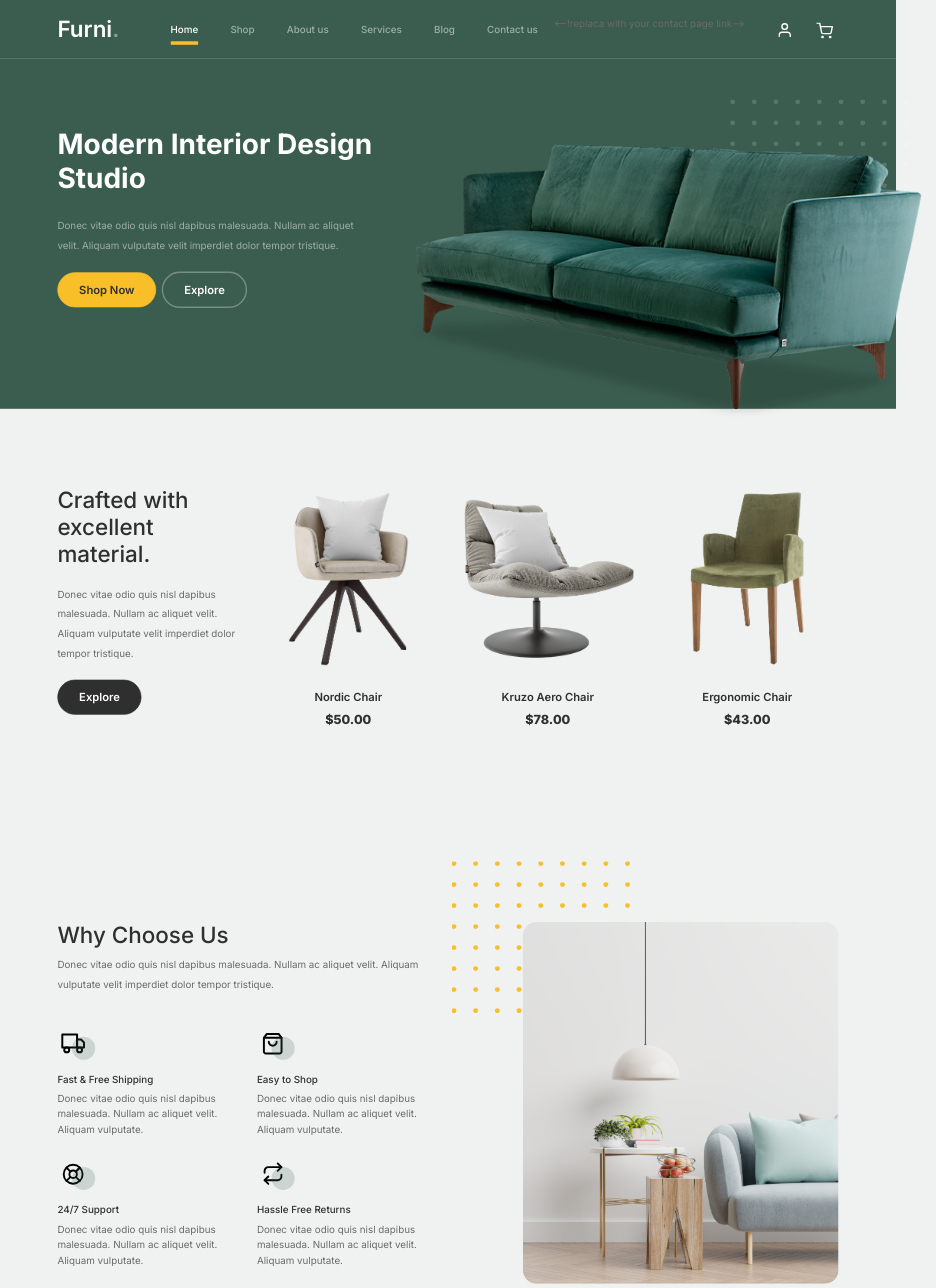
Repository: MaggieMengXingchen/e-commerce
Page: index.html
The author's editor kept a copy of each file at every save. The page is drawn from the files as they stood at one save, then again after the next save.
The browser window is 1280 px wide. The page is 1337 px wide, so the pictures cover 1337 px, including what lies to the right of the window. The pictures show the part of the page from y = 0 to 1840 px (the page is 5103 px tall), at 70% of full size.

Above is the page before, as saved 2024-02-07 13:51:48.

After the next save:
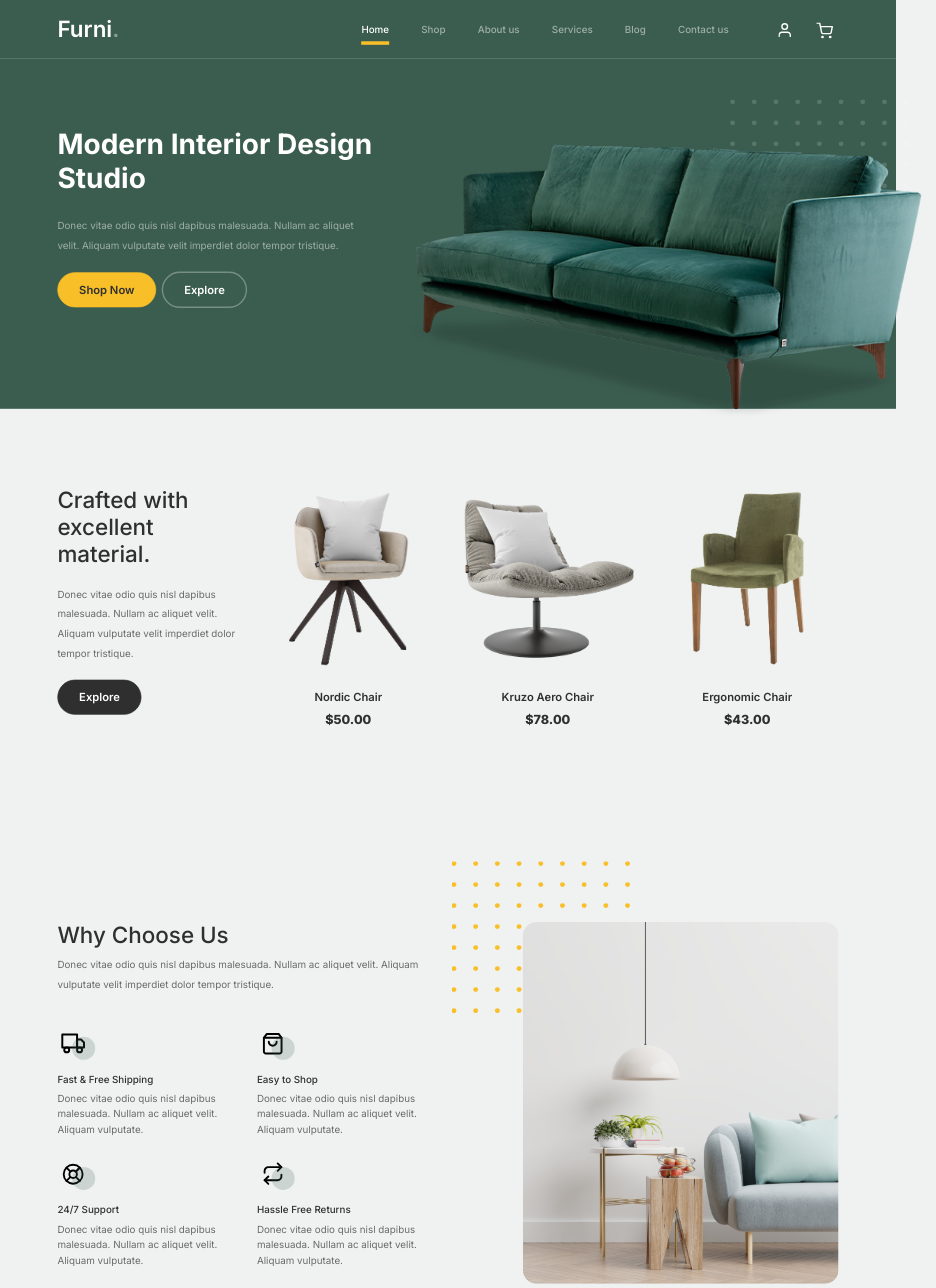
Saved 23 s later.
--- a/index.html
+++ b/index.html
@@ -45,7 +45,7 @@
 						<li><a class="nav-link" href="about.html">About us</a></li>
 						<li><a class="nav-link" href="services.html">Services</a></li>
 						<li><a class="nav-link" href="blog.html">Blog</a></li>
-						<li><a class="nav-link" href="contact.html">Contact us</a></li> <--!replaca with your contact page link-->
+						<li><a class="nav-link" href="contact.html">Contact us</a></li>
 					</ul>
 
 					<ul class="custom-navbar-cta navbar-nav mb-2 mb-md-0 ms-5">
